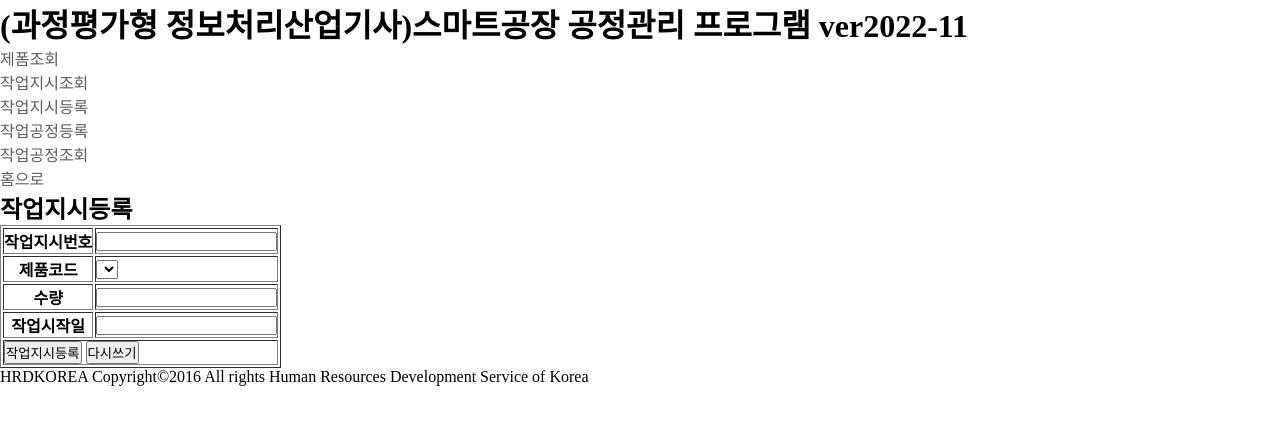
Repository: anakyn01/exam
Page: http://localhost/smart_5/sub2_1.jsp
The author's editor kept a copy of each file at every save. The page is drawn from the files as they stood at one save, then again after the next save.
The browser window is 1280 px wide. The pictures show the whole page.
The page is served by Tomcat 9. Other server files are loaded and not shown.

Above is the page before, as saved 2025-01-06 07:25:54.

### smart_5/src/main/webapp/sub2_1.jsp
<%@ page language="java" contentType="text/html; charset=UTF-8"
    pageEncoding="UTF-8"%>
<jsp:include page="include/header.jsp"/>

<section>
<h2>작업지시등록</h2>
<table border=1>
<tr>
	<th>작업지시번호</th>
		<td>
		<input type="text" name="w_workno">
	</td>
</tr>
<tr>
	<th>제품코드</th>
	<td>
		<select name="">
		<option value=""></option>
		</select>
	</td>
</tr>
<tr>
	<th>수량</th>
		<td>
		<input type="text" name="w_quentity">
	</td>
</tr>
<tr>
	<th>작업시작일</th>
		<td>
		<input type="text" name="w_workdate">
	</td>
</tr>
	<tr>
<td colspan="2">
<input type="button" onclick="goSave()" value="작업지시등록">
<input type="button" onclick="FormReset()" value="다시쓰기">
</td>
	</tr>
</table>
</section>

<jsp:include page="include/footer.jsp"/>

### smart_5/src/main/webapp/include/header.jsp
<%@ page language="java" contentType="text/html; charset=UTF-8"
    pageEncoding="UTF-8"%>
<!DOCTYPE html>
<html>
<head>
<meta charset="UTF-8">
<title>스마트 공정관리 프로그램</title>
<link rel="stylesheet" href="css/style.css"/>
</head>
<body>
<header>
<h1>(과정평가형 정보처리산업기사)스마트공장 공정관리 프로그램 ver2022-11</h1>
</header>
<nav>
<ul>
<li><a href="sub1.jsp">제폼조회</a></li>
<li><a href="sub2.jsp">작업지시조회</a></li>
<li><a href="sub2_1.jsp">작업지시등록</a></li>
<li><a href="sub3.jsp">작업공정등록</a></li>
<li><a href="sub4.jsp">작업공정조회</a></li>
<li><a href="index.jsp">홈으로</a></li>
</ul>
</nav>

### smart_5/src/main/webapp/include/footer.jsp
<%@ page language="java" contentType="text/html; charset=UTF-8"
    pageEncoding="UTF-8"%>
<footer>
<p>HRDKOREA Copyright&copy;2016 All rights Human Resources Development Service of Korea</p>
</footer>
</body>
</html>

### smart_5/src/main/webapp/css/style.css
@charset "UTF-8";
*{margin:0; padding:0; box-sizing:border-box;}
a{text-decoration:none; color:#5e5e5e;}

After the next save:
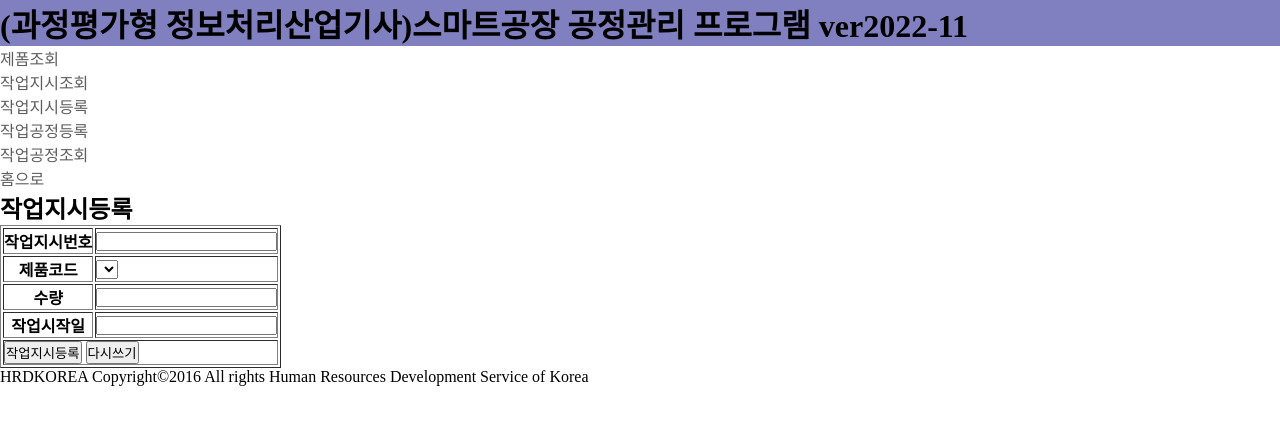
Saved 27 s later.
--- a/smart_5/src/main/webapp/css/style.css
+++ b/smart_5/src/main/webapp/css/style.css
@@ -1,3 +1,4 @@
 @charset "UTF-8";
 *{margin:0; padding:0; box-sizing:border-box;}
 a{text-decoration:none; color:#5e5e5e;}
+header{background-color:#8080c0;}
